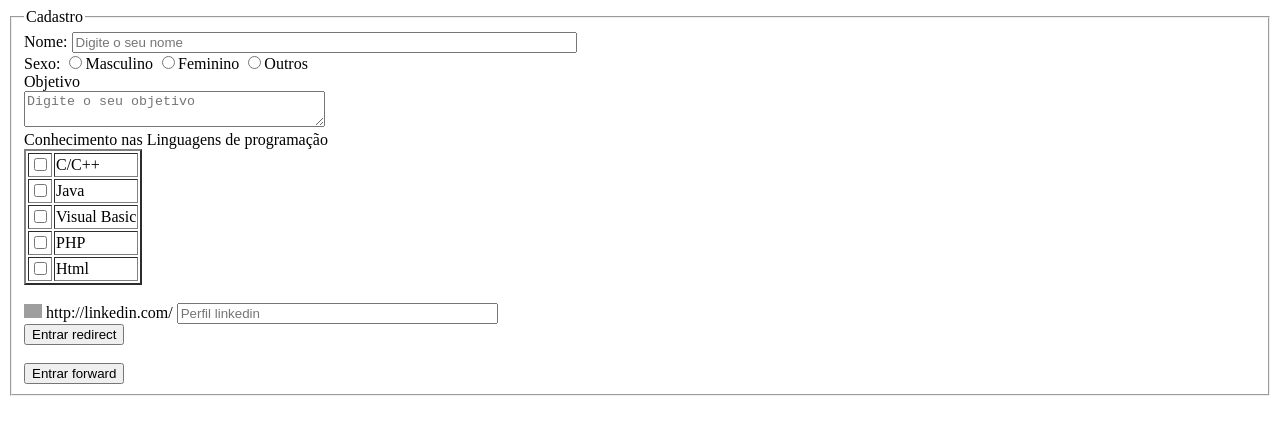
Repository: Lerif/WebServletLearning
Page: http://localhost/WebLearning/
These files come from the project's save history. The page is drawn as it stood at one moment and after the next save; the edit follows.
The browser window is 1280 px wide. The pictures show the whole page.
Pictures or frames that could not be fetched are drawn as grey boxes. The page is served by Tomcat 9. Other server files are loaded and not shown.

Above is the page before, as saved 2016-10-26 17:20:55.

### WebServelets/WebLearning/WebContent/TryJSP.jsp
<%@ page language="java" contentType="text/html; charset=UTF-8"
    pageEncoding="UTF-8"%>
<!DOCTYPE html>
<html>
<head>
<meta http-equiv="Content-Type" content="text/html; charset=UTF-8">
<title>HelloWorld</title>
</head>
<body>
	<form name = "CadastroUsuario" id="CadastroId" method="post" action="ServeletTry">
		<fieldset>
			<legend>Cadastro</legend>
			Nome:
			<input type="text" 	name="name" size="60" placeholder="Digite o seu nome" required/>
			<br>

			Sexo:
			<input type="radio" name="sex" value="male" />Masculino
			<input type="radio" name="sex" value="female"  />Feminino
			<input type="radio" name="sex" value="undefined"  />Outros
			<br>

			Objetivo
			<br>
			<textarea name="objective" cols="35" rows="2" placeholder="Digite o seu objetivo" required></textarea>
			<br>

			Conhecimento nas Linguagens de programação
			<br>
			<table border="2">
				<tr>
					<td> <input type="checkbox" id="formation1" name="c" value="0" /> </td>
					<td> C/C++ </td>
				</tr>
				<tr>
					<td><input type="checkbox" id="formation2" name="java" value="1" /></td>
					<td> Java</td>
				</tr>
				<tr>
					<td><input type="checkbox" id="formation3" name="vb" value="2" /></td>
					<td> Visual Basic</td>
				</tr>
				<tr>
					<td><input type="checkbox" id="formation4" name="php" value="3" /></td>
					<td> PHP</td>
				</tr>
				<tr>
					<td><input type="checkbox" id="formation5" name="html" value="4" /> </td>
					<td> Html</td>
				</tr>
			</table>

			<br>
			<img src="WebLearning/resources/linkedin.png" width="18px" lenght="18px">
    		http://linkedin.com/ <input type="text" name="linkedin" size="37" placeholder="Perfil linkedin"/>

			<br>
			<button onClick="entrar()" value="Submit form">Entrar redirect</button>
			<br>

			<br>
			<button onClick="entrar2()" value="Submit form">Entrar forward</button>
			<br>
		</fieldset>

	</form>
</body>

<script>
	function entrar(){
		document.getElementById("CadastroId").submit();
	}

	function entrar2(){
		document.getElementById("CadastroId").submit();
	}
</script>
</html>

After the next save:
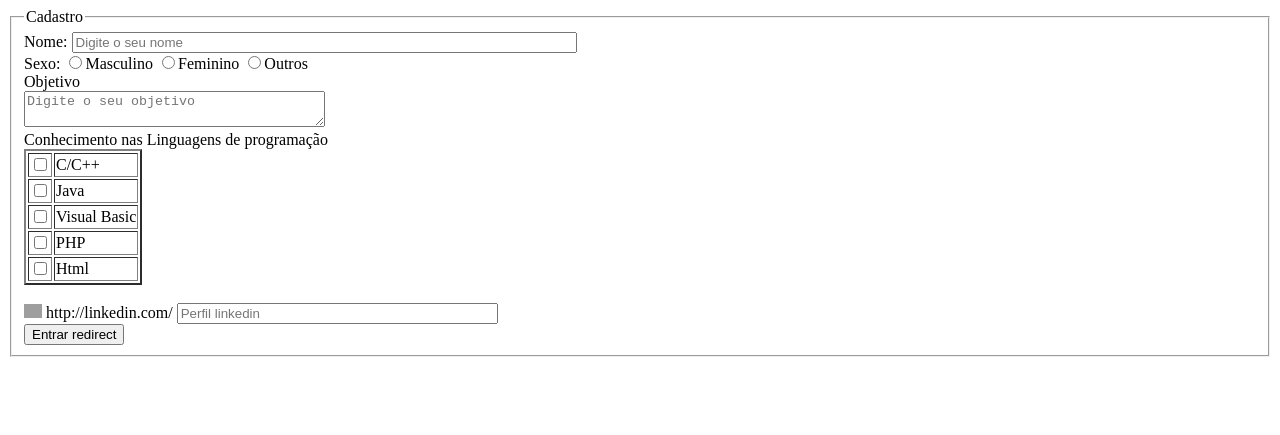
Saved 39 s later.
--- a/WebServelets/WebLearning/WebContent/TryJSP.jsp
+++ b/WebServelets/WebLearning/WebContent/TryJSP.jsp
@@ -58,9 +58,6 @@
 			<button onClick="entrar()" value="Submit form">Entrar redirect</button>
 			<br>
 
-			<br>
-			<button onClick="entrar2()" value="Submit form">Entrar forward</button>
-			<br>
 		</fieldset>
 
 	</form>
